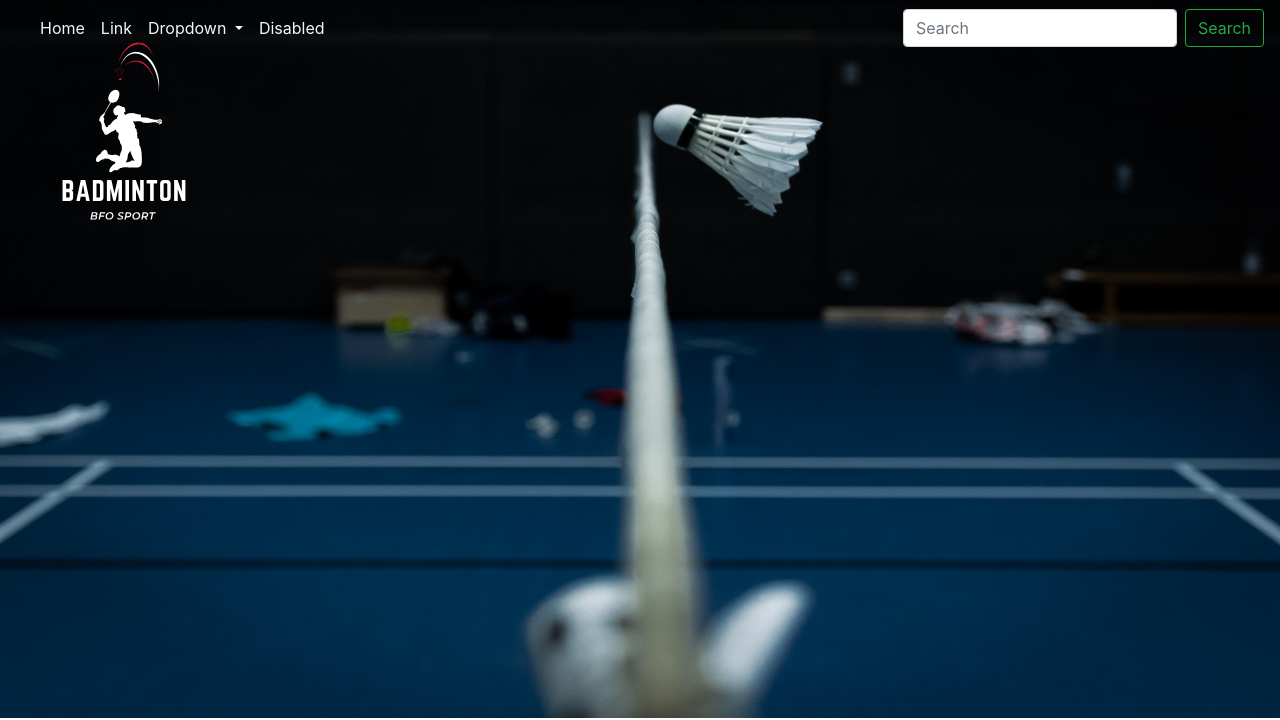
Repository: tsthuy/Badminton
Page: index.html
The author's editor kept a copy of each file at every save. The page is drawn from the files as they stood at one save, then again after the next save.
The browser window is 1280 px wide. The pictures show the whole page.
Some web libraries are served in a nearby version.

Above is the page before, as saved 2023-10-13 20:25:02.

After the next save:
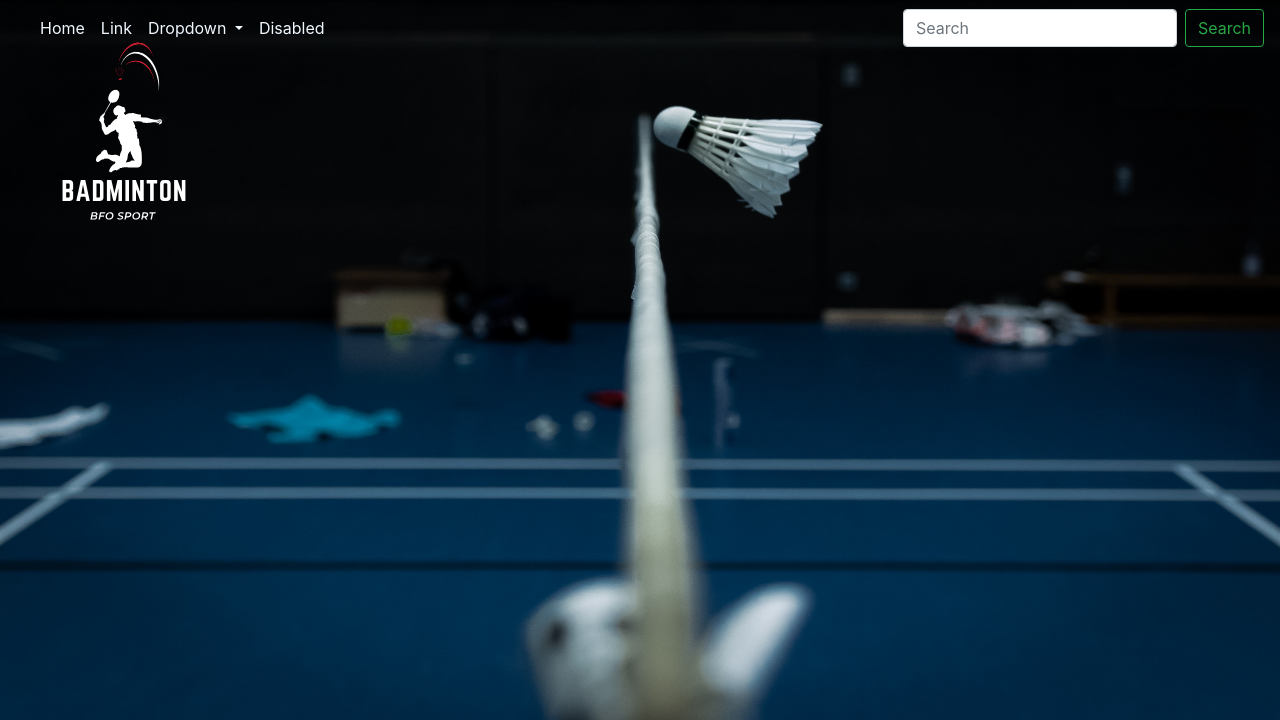
Saved 4 s later.
--- a/main.css
+++ b/main.css
@@ -9,5 +9,5 @@
 {
     height: 100vh;
     width: 100%;
-    margin-top: -58px;
+    margin-top: -56px;
 }
